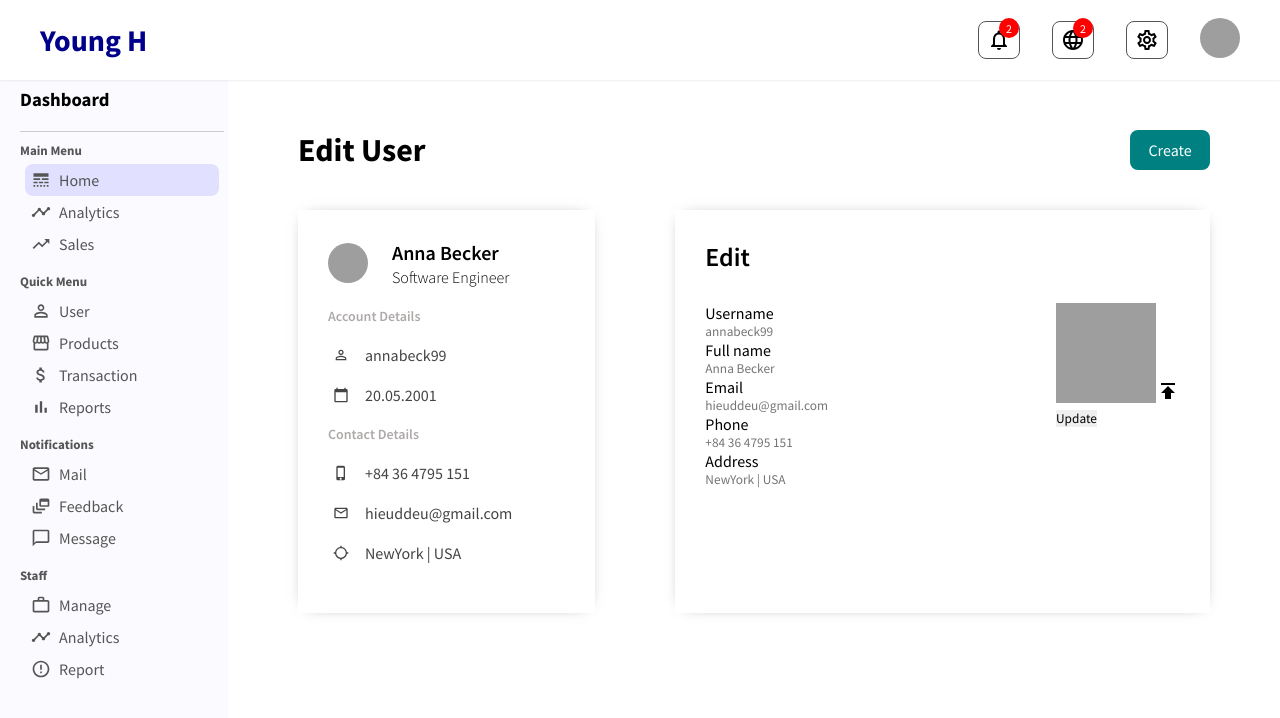
Repository: noname20011/admin
Page: /user/1
An editor plug-in stored every save of this project. The page is shown before and after the next save, followed by the edit.
The browser window is 1280 px wide. The pictures show the whole page.
Pictures or frames that could not be fetched are drawn as grey boxes. The project was rebuilt for these pictures with package versions that can differ from the ones it lists, and the page was loaded fresh each time. Also part of the build but not shown: src/pages/home/home.css, src/comopnents/featureInfo/feature.css, src/comopnents/featureInfo/Feature.jsx, src/comopnents/chart/chart.css, src/comopnents/chart/Chart.jsx, src/comopnents/widgetSm/widgetSm.css, src/comopnents/widgetSm/WidgetSm.jsx, src/comopnents/widgetLg/widgetLg.css and 5 more.

Above is the page before, as saved 2021-11-14 14:40:07.

### public/index.html
<!DOCTYPE html>
<html lang="en">
  <head>
    <meta charset="utf-8" />
    <meta name="viewport" content="width=device-width, initial-scale=1" />
    <meta name="theme-color" content="#000000" />
    <meta
      name="description"
      content="Web site created using create-react-app"
    />
    <!-- GOOGLE FONTS -->
    <link href="https://fonts.googleapis.com/css2?family=Source+Sans+Pro:wght@200;300;400;600;700;900&display=swap" rel="stylesheet">
    <style>
      * {
        font-family: 'Source Sans Pro', sans-serif;
        padding: 0;
        margin: 0;
      }
    </style>
    <title>React Admin App</title>
  </head>
  <body>
    <div id="root"></div>
  </body>
</html>

### src/App.js
import Topbar from "./comopnents/topbar/Topbar";
import Sidebar from "./comopnents/sidebar/Sidebar";
import Home from "./pages/home/Home.jsx"
import UserList from "./pages/userList/UserList";
import User from "./pages/user/User";
import './app.css'

import {BrowserRouter as Router, Routes , Route} from "react-router-dom"
function App() {
  return (
    <div>
      <Router>
        <Topbar/>
        <div className="container">
          <Sidebar/>
          <Routes >
            <Route path="/" exact element={<Home/>}/>
            <Route path="/users" exact element={<UserList/>}/>
            <Route path="/user/:userId" exact element={<User/>}/>
          </Routes>
        </div>
      </Router>
    </div>
  );
}

export default App;

### src/comopnents/topbar/Topbar.jsx
import React from 'react'
import './topbar.css'

import { Language, NotificationsNone, SettingsOutlined  } from '@material-ui/icons'

export default function Topbar() {
    return (
        <div className="topbar">
            <div className="topbarWrapper">
                <div className="topLeft">
                    <div className="logo">Young H</div>
                </div>
                <div className="topRight">
                    <div className="topbarIconContainer">
                        <NotificationsNone/>
                        <div className="topIconsBadge">2</div>
                    </div>
                    <div className="topbarIconContainer">
                        <Language/>
                        <div className="topIconsBadge">2</div>
                    </div>
                    <div className="topbarIconContainer">
                        <SettingsOutlined/>
                    </div>
                    <div>
                        <img src="https://images.pexels.com/photos/1526814/pexels-photo-1526814.jpeg?auto=compress&cs=tinysrgb&dpr=2&w=500" alt="admin" className="topAvatar"/>
                    </div>
                </div>
            </div>
        </div>
    )
}

### src/comopnents/sidebar/Sidebar.jsx
import { AttachMoney, BarChart, ChatBubbleOutline, DynamicFeed, ErrorOutline, LineStyle, MailOutlined, PersonOutline, Storefront, Timeline, TrendingUp,  WorkOutlineOutlined } from '@material-ui/icons'
import React from 'react'
import "./sidebar.css"
export default function Sidebar() {
    return (
        <div className="sidebar">
            <div className="sidebarWrapper">
                <h3 className="sidebarTitle">Dashboard</h3>
                <div className="sidebarMenu">
                    <h4 className="sidebarMenuTitle">Main Menu</h4>
                    <ul className="sidebarLists">
                        <li className="sidebarListItem active">
                            <LineStyle className="sidebarIcon"/>
                            Home
                        </li>
                        <li className="sidebarListItem">
                            <Timeline className="sidebarIcon"/>
                            Analytics
                        </li>
                        <li className="sidebarListItem">
                            <TrendingUp className="sidebarIcon"/>
                            Sales
                        </li>
                    </ul>
                </div>
                <div className="sidebarMenu">
                    <h4 className="sidebarMenuTitle">Quick Menu</h4>
                    <ul className="sidebarLists">
                        <li className="sidebarListItem">
                            <PersonOutline className="sidebarIcon"/>
                            User
                        </li>
                        <li className="sidebarListItem">
                            <Storefront className="sidebarIcon"/>
                            Products
                        </li>
                        <li className="sidebarListItem">
                            <AttachMoney className="sidebarIcon"/>
                            Transaction
                        </li>
                        <li className="sidebarListItem">
                            <BarChart className="sidebarIcon"/>
                            Reports
                        </li>
                    </ul>
                </div>
                <div className="sidebarMenu">
                    <h4 className="sidebarMenuTitle">Notifications</h4>
                    <ul className="sidebarLists">
                        <li className="sidebarListItem">
                            <MailOutlined className="sidebarIcon"/>
                            Mail
                        </li>
                        <li className="sidebarListItem">
                            <DynamicFeed className="sidebarIcon"/>
                            Feedback
                        </li>
                        <li className="sidebarListItem">
                            <ChatBubbleOutline className="sidebarIcon"/>
                            Message
                        </li>
                    </ul>
                </div>
                <div className="sidebarMenu">
                    <h4 className="sidebarMenuTitle">Staff</h4>
                    <ul className="sidebarLists">
                        <li className="sidebarListItem">
                            <WorkOutlineOutlined className="sidebarIcon"/>
                            Manage
                        </li>
                        <li className="sidebarListItem">
                            <Timeline className="sidebarIcon"/>
                            Analytics
                        </li>
                        <li className="sidebarListItem">
                            <ErrorOutline className="sidebarIcon"/>
                            Report
                        </li>
                    </ul>
                </div>
            </div>
        </div>
    )
}

### src/pages/user/User.jsx
import { CalendarToday, LocationSearching, MailOutline, PersonOutline, PhoneIphone, Publish } from "@material-ui/icons"
import "./user.css"

export default function User() {
    return (
        <div className="user">
            <div className="userTitleContainer">
                <h1 className="useTitle">Edit User</h1>
                <button className="userAddBtn">
                    Create
                </button>
            </div>
            <div className="userContainer">
                <div className="userShow">
                    <div className="userShowTop">
                        <img src="https://images.pexels.com/photos/1152994/pexels-photo-1152994.jpeg?auto=compress&cs=tinysrgb&dpr=2&w=500" alt="" className="userShowImg" />
                        <div className="userShowTopInfo">
                            <span className="userShowName">Anna Becker</span>
                            <span className="userShowJob">Software Engineer</span>
                        </div>
                    </div>
                    <div className="userShowBottom">
                        <span className="userShowTitle">Account Details</span>
                        <div className="userShowBottomInfo">
                            <PersonOutline className="userShowIcon"/>
                            <span className="userShowInfo">annabeck99</span>
                        </div>
                        <div className="userShowBottomInfo">
                            <CalendarToday className="userShowIcon"/>
                            <span className="userShowInfo">20.05.2001</span>
                        </div>
                        <span className="userShowTitle">Contact Details</span>
                        <div className="userShowBottomInfo">
                            <PhoneIphone className="userShowIcon"/>
                            <span className="userShowInfo">+84 36 4795 151</span>
                        </div>
                        <div className="userShowBottomInfo">
                            <MailOutline className="userShowIcon"/>
                            <span className="userShowInfo">hieuddeu@gmail.com</span>
                        </div>
                        <div className="userShowBottomInfo">
                            <LocationSearching className="userShowIcon"/>
                            <span className="userShowInfo">NewYork | USA</span>
                        </div>
                    </div>
                </div>
                <div className="userUpdate">
                    <span className="userUpdateTitle">Edit</span>
                    <form action="" className="UserUpdateForm">
                        <div className="userUpdateLeft">
                            <div className="userUpdateItem">
                                <label>Username</label>
                                <input type="text"
                                placeholder="annabeck99" className="userUpdateInput" />
                            </div>
                            <div className="userUpdateItem">
                                <label>Full name</label>
                                <input type="text"
                                placeholder="Anna Becker" className="userUpdateInput" />
                            </div>
                            <div className="userUpdateItem">
                                <label>Email</label>
                                <input type="email"
                                placeholder="hieuddeu@gmail.com" className="userUpdateInput" />
                            </div>
                            <div className="userUpdateItem">
                                <label>Phone</label>
                                <input type="text"
                                placeholder="+84 36 4795 151" className="userUpdateInput" />
                            </div>
                            <div className="userUpdateItem">
                                <label>Address</label>
                                <input type="text"
                                placeholder="NewYork | USA" className="userUpdateInput" />
                            </div>
                        </div>
                        <div className="userFormRight">
                            <div className="userUpdateUpload">
                                <img src="https://images.pexels.com/photos/1152994/pexels-photo-1152994.jpeg?auto=compress&cs=tinysrgb&dpr=2&w=500" alt="" className="userFormImg" />
                                <label htmlFor="file">
                                    <Publish className="userUpdateIcon"/>
                                </label>
                            </div>
                            <button className="userUpdateButton">Update</button>
                        </div>
                    </form>
                </div>
            </div>
        </div>
    )
}

### src/app.css
ul, li {
    list-style: none;
}

a {
    text-decoration: none;
}

.container {
    display: flex;
}

.other {
    flex: 4;
}

button, input {
    border: none;
    outline: none;
}

### src/comopnents/topbar/topbar.css
.topbar {
    width: 100%;
    height: 80px;
    background: #fff;
    box-shadow: 0 .5px 2px rgba(0, 0, 0, 0.07);

    position: sticky;
    top: 0;
    z-index: 1000;
}

.topbarWrapper {
    height: 100%;
    padding: 0 40px;
    display: flex;
    justify-content: space-between;
    align-items: center;
}

.logo {
    font-weight: bold;
    font-size: 30px;
    color: darkblue;
    cursor: pointer;
}

.topRight {
    display: flex;
    align-items: center;
    column-gap: 2rem;
}
.topbarIconContainer {
    position: relative;
    cursor: pointer;
    width: 40px;
    height: 36px;
    border: 1px solid #555;
    border-radius: .5rem;
    display: flex;
    align-items: center;
    justify-content: center;
}

.topbarIconContainer:hover {
    background-color: rgb(248, 246, 246);
}

.topIconsBadge {
    font-size: 12px;
    position: absolute;
    top: -4px;
    right: 0px;

    width: 20px;
    height: 20px;
    background-color: red;
    color: #fff;
    border-radius: 50%;

    display: flex;
    place-content: center;
    place-items: center;
}

.topAvatar {
    width: 40px;
    height: 40px;
    object-fit: cover;
    border-radius: 50%;
    cursor: pointer;
}

### src/comopnents/sidebar/sidebar.css
.sidebar {
    flex: 1;
    background-color: rgb(251, 251, 255);
    position: sticky;
    top: 80px;
    height: calc(100vh - 80px);
}

.sidebarWrapper {
    padding: 8px 4px 0 20px;
}

.sidebarTitle {
    padding-bottom: 20px;
    margin-bottom: 10px;
    border-bottom: 1px solid #ccc;
}

.sidebarMenu {
    margin-bottom: 8px;
}

.sidebarMenuTitle {
    color: #555;
    font-size: 13px;
}

.sidebarLists {
    padding: 5px;
}

.sidebarListItem {
    display: flex;
    align-items: center;
    column-gap: .5rem;

    padding: 6px;
    color: #555;
    cursor: pointer;
    border-radius: .5rem;
}

.sidebarListItem.active,
.sidebarListItem:hover {
    background-color: rgb(225, 225, 255);
}

.sidebarIcon {
    font-size: 20px!important;
}

### src/pages/user/user.css
.user {
    flex: 4;
    margin: 20px 40px;
    padding: 30px;
}

.userTitleContainer {
    display: flex;
    justify-content: space-between;
    margin-bottom: 20px;
}

.userAddBtn {
    width: 80px;
    border-radius: .5rem;
    background-color: teal;
    padding: 5px;

    color: #fff;
    font-size: 16px;
    cursor: pointer;

}
.userContainer {
    display: flex;
    justify-content: space-between;
    column-gap: 5rem;
}
.userShow {
    flex: 1;
    margin: 20px 0;
    padding: 30px;
    -webkit-box-shadow: 0px 0px 15px -10px rgba(0, 0, 0, 0.75);
    box-shadow: 0px 0px 15px -10px rgba(0, 0, 0, 0.75);
}

.userShowTop {
    display: flex;
    column-gap: 1.5rem;
    align-items: center;
}

.userShowTopInfo {
    display: flex;
    flex-direction: column;
    row-gap: .1rem;
}

.userShowName {
    font-size: 20px;
    font-weight: 600;
}

.userShowJob {
    font-size: 16px;
    font-weight: 300;
}

.userShowImg {
    width: 40px;
    height: 40px;
    border-radius: 50%;
    object-fit: cover;
}

.userShowTitle {
    font-size: 14px;
    font-weight: 600;
    color: rgb(175, 170, 170);
    display: block;
    margin-top: 20px;
}

.userShowBottomInfo {
    display: flex;
    align-items: center;
    column-gap: 1rem;

    margin: 20px 0 20px 5px;
    color: #444;
}

.userShowIcon {
    font-size: 16px !important;
}
.userUpdate {
    flex: 2;
    margin: 20px 0;
    padding: 30px;
    -webkit-box-shadow: 0px 0px 15px -10px rgba(0, 0, 0, 0.75);
    box-shadow: 0px 0px 15px -10px rgba(0, 0, 0, 0.75);
}

.userUpdateTitle {
    font-size: 26px;
    font-weight: 600;
}

.UserUpdateForm {
    margin-top: 30px;
    display: flex;
    justify-content: space-between;
}

.userUpdateItem {
    display: flex;
    flex-direction: column;
}
.userFormImg {
    width: 100px;
    height: 100px;
    object-fit: cover;
}

Loaded but not shown: src/index.js (common file)

After the next save:
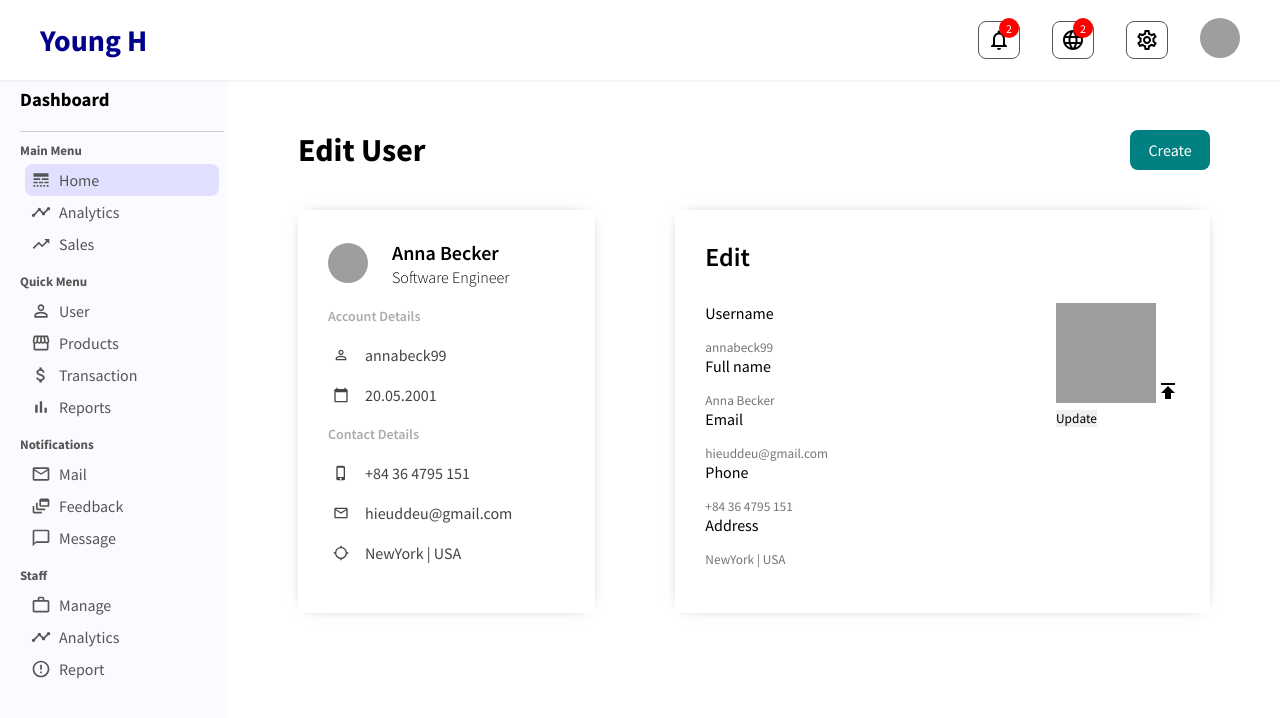
Saved 4 s later.
--- a/src/pages/user/user.css
+++ b/src/pages/user/user.css
@@ -105,6 +105,7 @@
 .userUpdateItem {
     display: flex;
     flex-direction: column;
+    row-gap: 1rem;
 }
 .userFormImg {
     width: 100px;
